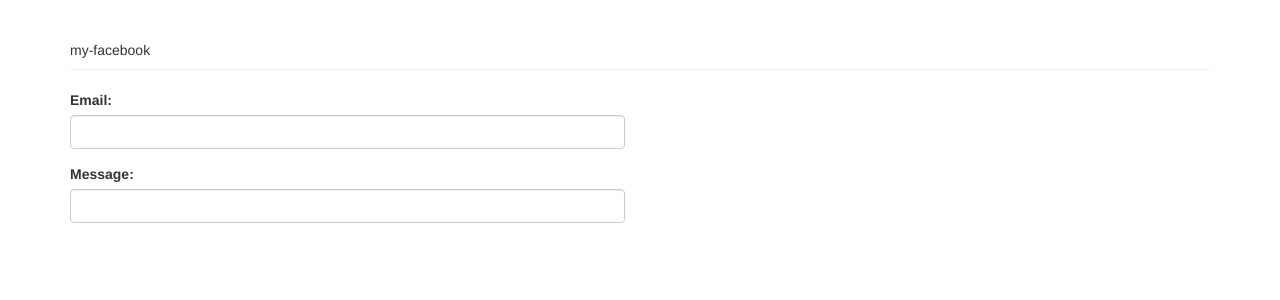
Repository: nagabhushanamn/itc-batch
Page: new/my-facebook/WebContent/index.html
These files come from the project's save history. The page is drawn as it stood at one moment and after the next save; the edit follows.
The browser window is 1280 px wide. The pictures show the whole page.

Above is the page before, as saved 2017-03-18 10:36:16.

### new/my-facebook/WebContent/index.html
<!DOCTYPE html>
<html>
<head>
<meta charset="UTF-8">
<title>my-facebook</title>
<link href="css/bootstrap.css" rel="stylesheet">
</head>
<body class="container">

	<div class="page-header">my-facebook</div>

	<div class="row">

		<div class="col-sm-6">

			<form action="">
				<div class="form-group">
					<label>Email:</label>
					<input class="form-control"/>
				</div>
				<div class="form-group">
					<label>Message:</label>
					<input class="form-control"/>
				</div>
			</form>

		</div>

	</div>


</body>
</html>

Loaded but not shown: new/my-facebook/WebContent/css/bootstrap.css (library)

After the next save:
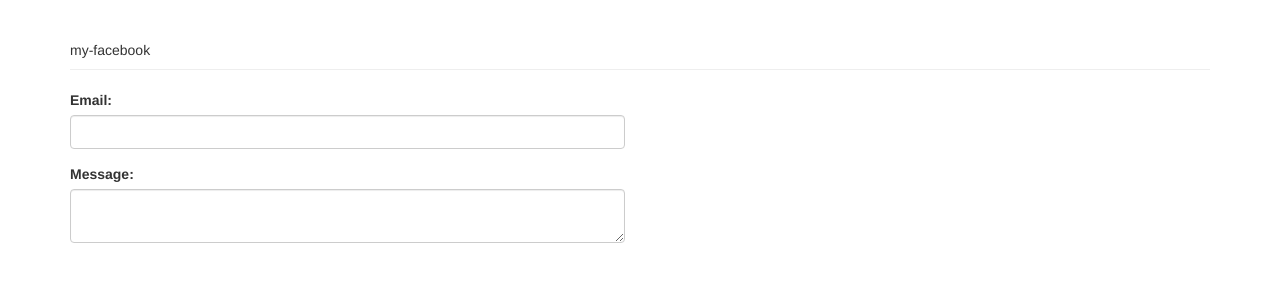
Saved 18 s later.
--- a/new/my-facebook/WebContent/index.html
+++ b/new/my-facebook/WebContent/index.html
@@ -20,7 +20,7 @@
 				</div>
 				<div class="form-group">
 					<label>Message:</label>
-					<input class="form-control"/>
+					<textarea class="form-control"></textarea>
 				</div>
 			</form>
 
